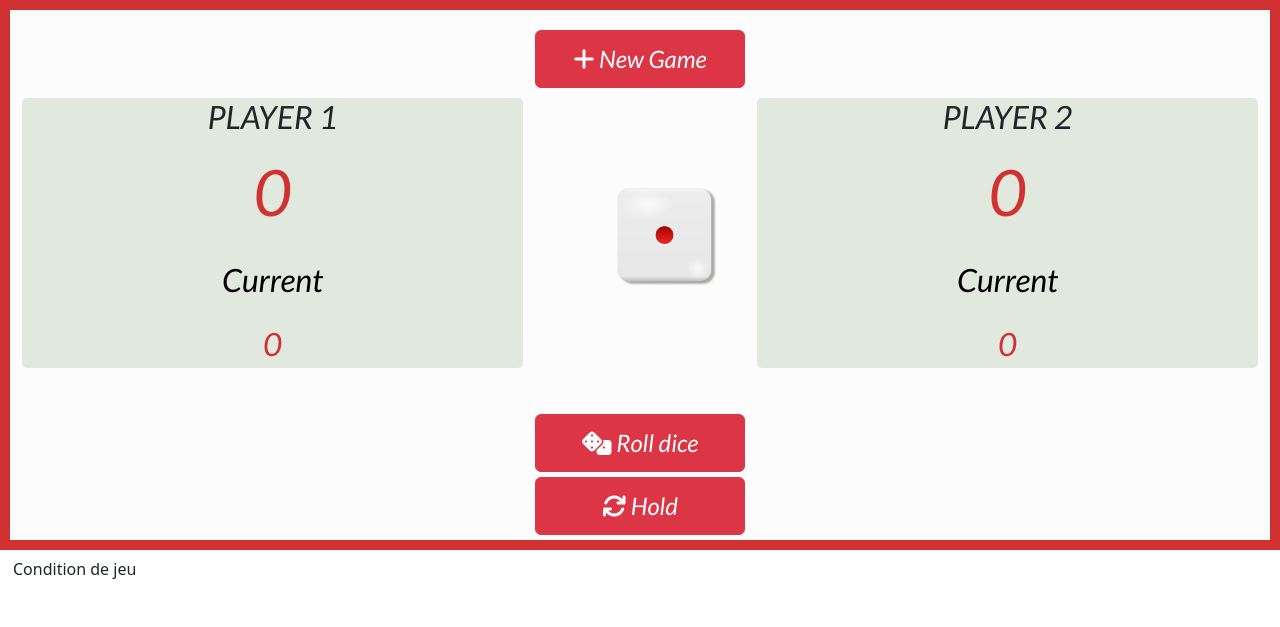
Repository: haifabilel/Eval_JAVASCRIPT
Page: index.html
These files come from the project's save history. The page is drawn as it stood at one moment and after the next save; the edit follows.
The browser window is 1280 px wide. The pictures show the whole page.
Some web libraries are served in a nearby version.

Above is the page before, as saved 2023-06-05 18:08:24.

### index.html
<!DOCTYPE html>
<html lang="fr">
<head>
    <meta charset="UTF-8">
    <meta http-equiv="X-UA-Compatible" content="IE=edge">
    <meta name="viewport" content="width=device-width, initial-scale=1.0">
    <title>GameEval</title>
    <!-- Bootstrap -->
    <link href="https://cdn.jsdelivr.net/npm/bootstrap@5.3.0-alpha3/dist/css/bootstrap.min.css" rel="stylesheet" integrity="sha384-KK94CHFLLe+nY2dmCWGMq91rCGa5gtU4mk92HdvYe+M/SXH301p5ILy+dN9+nJOZ" crossorigin="anonymous">
    <!-- Bootstrap icons CSS -->
    <link rel="stylesheet" href="https://cdn.jsdelivr.net/npm/bootstrap-icons@1.6.1/font/bootstrap-icons.css">
    <!-- font awesome cdn link-->
    <link rel="stylesheet" href="https://cdnjs.cloudflare.com/ajax/libs/font-awesome/6.3.0/css/all.min.css" integrity="sha512-SzlrxWUlpfuzQ+pcUCosxcglQRNAq/DZjVsC0lE40xsADsfeQoEypE+enwcOiGjk/bSuGGKHEyjSoQ1zVisanQ==" crossorigin="anonymous" referrerpolicy="no-referrer">
    <!-- CSS Link -->
    <link rel="stylesheet" href="style.css">
</head>
<body>
    <div class="container-fluid" >
     <header>
         <button class="btn btn_newGame btn-danger"><i class="fa-solid fa-plus"></i> New Game</button>
    </header>
    <main>
        <div class="row">
            <!-- Player One  -->
            <div class="col-xm-12 col-md-5 mx-auto " >
                <section class="player player_0 player_active">
                    <h2 class="label" id="label_0">PLAYER 1</h2>
                    <p class="score" id="score_0" >0</p>
                    <div class="current">
                        <p class="current_label">Current</p>
                        <p class="current_score" id="current_0">0</p>
                    </div>
                </section>
            </div>
            <!-- Dice image -->
            <div class="col-xm-12 col-md-2 mx-auto">
                <img src="/asset/dice1.png" alt="imageDice" class="dice img-fluid" style="width: 100px;">
            </div>
             <!-- Player Tow  -->
             <div class="col-xm-12 col-md-5 mx-auto ">
                <section class="player player_1">
                    <h2 class="label" id="label_1">PLAYER 2</h2>
                    <p class="score" id="score_1">0</p>
                    <div class="current">
                        <p class="current_label">Current</p>
                        <p class="current_score" id="current_1">0</p>
                    </div>
                </section>
             </div>
        </div>
    </main>
    <!-- Button RollDice -->
    <div class="button_roll">
        <button class="btn btn_roll btn-danger"><i class="fa-solid fa-dice"></i> Roll dice</button>
    </div>
    <div class="button_hold">
        <button class="btn btn_hold btn-danger"><i class="fa-solid fa-arrows-rotate"></i> Hold</button>
    </div>
    </div>
    <button class="btn btnconditionJeu">Condition de jeu</button>


    <script src="https://code.jquery.com/jquery-3.5.1.slim.min.js" integrity="sha384-DfXdz2htPH0lsSSs5nCTpuj/zy4C+OGpamoFVy38MVBnE+IbbVYUew+OrCXaRkfj" crossorigin="anonymous"></script>
    <script src="https://cdn.jsdelivr.net/npm/popper.js@1.16.0/dist/umd/popper.min.js" integrity="sha384-Q6E9RHvbIyZFJoft+2mJbHaEWldlvI9IOYy5n3zV9zzTtmI3UksdQRVvoxMfooAo" crossorigin="anonymous"></script>
    <script src="https://cdn.jsdelivr.net/npm/bootstrap@5.3.0-alpha3/dist/js/bootstrap.bundle.min.js" integrity="sha384-ENjdO4Dr2bkBIFxQpeoTz1HIcje39Wm4jDKdf19U8gI4ddQ3GYNS7NTKfAdVQSZe" crossorigin="anonymous"></script>
    <script src="script.js"></script>
</body>
</html>

### style.css
@import url('https://fonts.googleapis.com/css2?family=Lato:ital,wght@1,300;1,400;1,700&display=swap');
*{
    font-family: Lato;
}
.container-fluid{
    box-shadow:0.5rem 1 rem rgba(0,0,0,.5);
    background-color: #fdfcfc;
    width:100%;
    height: 100%;
    border: 10px solid  #d13131;

}
.row{
    margin-top:80px;
}
/* Playerss */
.player_0 , .player_1{
    background-color:#a3c09e51;
    text-align:center;
    border-radius:5px;
    margin-top:-70px;

}

/* Current */
.current{

    width:30%;
    font-size:1.5rem;
    border-radius:5%;
    text-align:center;
    margin-left :35%;
    color:black;
    font-size:2rem;
}
/* Scors */
.score{
    color:#d13131;
    font-size:4rem;
}
.current_score{
    color:#d13131;
    font-size:2rem;
}
/* Buttons */
.btn_roll{
    margin-left:41.5%;
    margin-top:30px;
    width:17%;
    font-size:1.5rem;
    padding:10px;

}
.btn_hold{
    padding:10px;
    margin-left:41.5%;
    margin-top:5px;
    margin-bottom:5px;
    width:17%;
    font-size:1.5rem;
}
.btn_newGame{
    margin-top:20px;
    padding: 10px;
    margin-left:41.5%;
    width:17%;
    font-size:1.5rem;
}
.btn_hold:hover{
    transform:scale(1.1);
    background-color:darkred;
}
.btn_roll:hover{
    transform:scale(1.1);
    background-color:darkred;
}
.btn_newGame:hover{
    transform:scale(1.1);
    background-color:darkred;
}

/* Image Dice */
img{
    margin:20px 70px;
}
.hidden{
    display:none;
}
.player_winn{
    background:url(/asset/golden-winners-cup_1284-18399.avif);
    background-size: cover;
    background-position:center;


}
.player_winn1{
    background-color:rgba(228, 129, 129, 0.384);
}
/* Mode mobile */
@media screen and (max-width:576px){
    h2{
        font-size:2rem;
    }
    .player_1{
        margin-top:10px;
    }
    .score{
        color:#d13131;
        font-size:2rem;
        margin-top:-10px;
    }
    .current_score{
        margin-top:-10px;
        font-size:1.5rem;
    }
    img{
        width:20px;
        margin-left:37%;
        margin-top:0;
    }
    .btn_roll, .btn_hold, .btn_newGame{
        width:60%;
        padding:5px;
        margin-left:20%;
        margin-top: 5px;
    }
    .current{
        font-size:1.5rem;
        margin-top:-20px;
    }



}

### script.js
//Players
const playerOne = document.getElementById('player_0');
const playerTow = document.getElementById('player_1');
//Score
const score0 = document.getElementById('score_0');
const score1 = document.getElementById('score_1');
//Dice
const dice = document.querySelector('.dice');
//buttons
const buttonRoll = document.querySelector('.btn_roll');
const buttonHold = document.querySelector('.btn_hold');
const buttonNewGame = document.querySelector('.btn_newGame');
//Current
const current0 = document.getElementById('current_0');
const current1 = document.getElementById('current_1');

score0.textContent = 0 ;
score1.textContent = 0 ;


let scores = [0 , 0]
let activePlayer = 0 ;
let currentScore = 0 ;

const switchPlayer = function(){
    document.getElementById(`current_${activePlayer}`).textContent = 0;
    document.querySelector(`.player_${activePlayer}`).classList.remove('player_winn1');
    activePlayer = activePlayer === 0 ? 1 : 0;
    currentScore = 0;
    playerOne.classList.toggle("player_active");
    playerTow.classList.toggle("player_active");




}
//buttonRoll
buttonRoll.addEventListener("click", function() {
    dice.classList.remove("hidden");



    //Generate number 1 to 6
    const diceRandom = Math.floor(Math.random() * 6) + 1;
    dice.src =`/asset/dice${diceRandom}.png`

//   Sound game
const audio = new Audio('/asset/programmation-web_de-2_asset_son.mp3');

const lanseSon = function() {
    audio.play()
}
audio.addEventListener('canplaythrough', lanseSon);

//Rolled
if(diceRandom !==1){
    currentScore += diceRandom;
    document.getElementById(`current_${activePlayer}`).textContent = currentScore;
    document.querySelector(`.player_${activePlayer}`).classList.add('player_winn1');

}else{
    //Switch Player
    switchPlayer();
}
});
//ButtonHold
buttonHold.addEventListener('click',function(){
    scores[activePlayer] += currentScore;
    document.querySelector(`.player_${activePlayer}`).classList.remove('player_winn1');
    document.getElementById(`score_${activePlayer}`).textContent = scores[activePlayer];



    if(scores[activePlayer] >=100){
        document.querySelector(`.player_${activePlayer}`).classList.add('player_winn');
        const audio = new Audio('/asset/tadaa-47995.mp3');

        const lanseSon1 = function() {
            audio.play()
        }
        audio.addEventListener('canplaythrough', lanseSon1);


    }else{
        switchPlayer();
    }
});
//  Button NewGame
buttonNewGame.addEventListener ('click',function(){
    document.location.reload()
 })

After the next save:
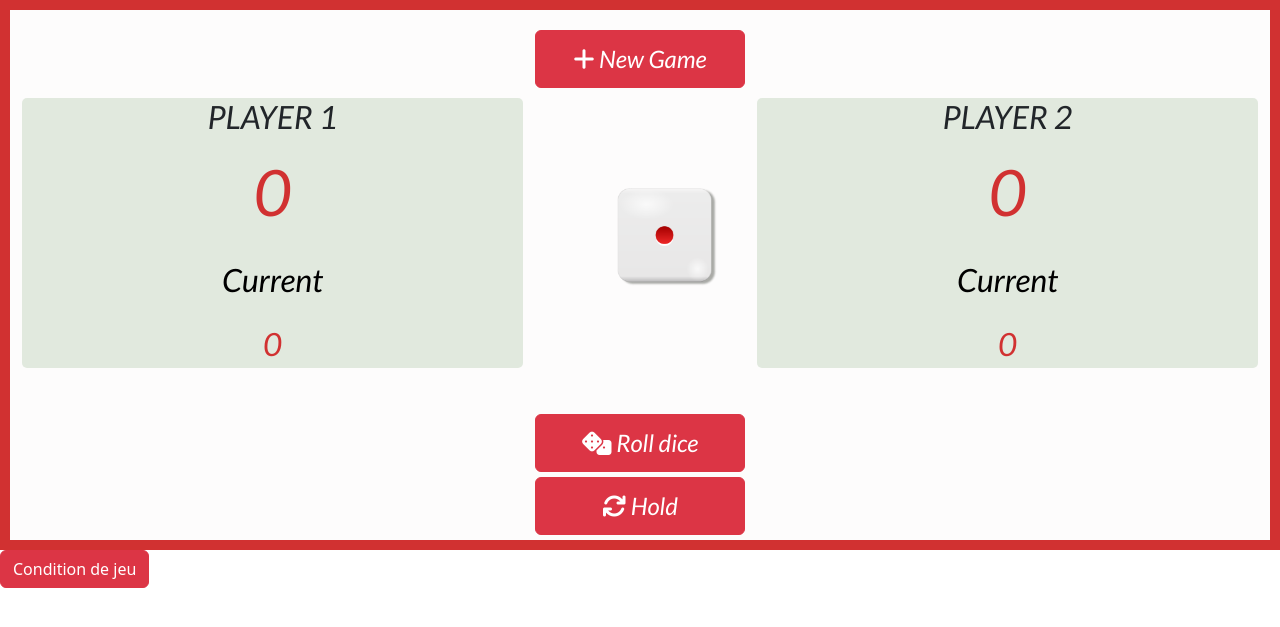
Saved 4 s later.
--- a/index.html
+++ b/index.html
@@ -57,7 +57,7 @@
         <button class="btn btn_hold btn-danger"><i class="fa-solid fa-arrows-rotate"></i> Hold</button>
     </div>
     </div>
-    <button class="btn btnconditionJeu">Condition de jeu</button>
+    <button class="btn btn-danger">Condition de jeu</button>
 
 
     <script src="https://code.jquery.com/jquery-3.5.1.slim.min.js" integrity="sha384-DfXdz2htPH0lsSSs5nCTpuj/zy4C+OGpamoFVy38MVBnE+IbbVYUew+OrCXaRkfj" crossorigin="anonymous"></script>
